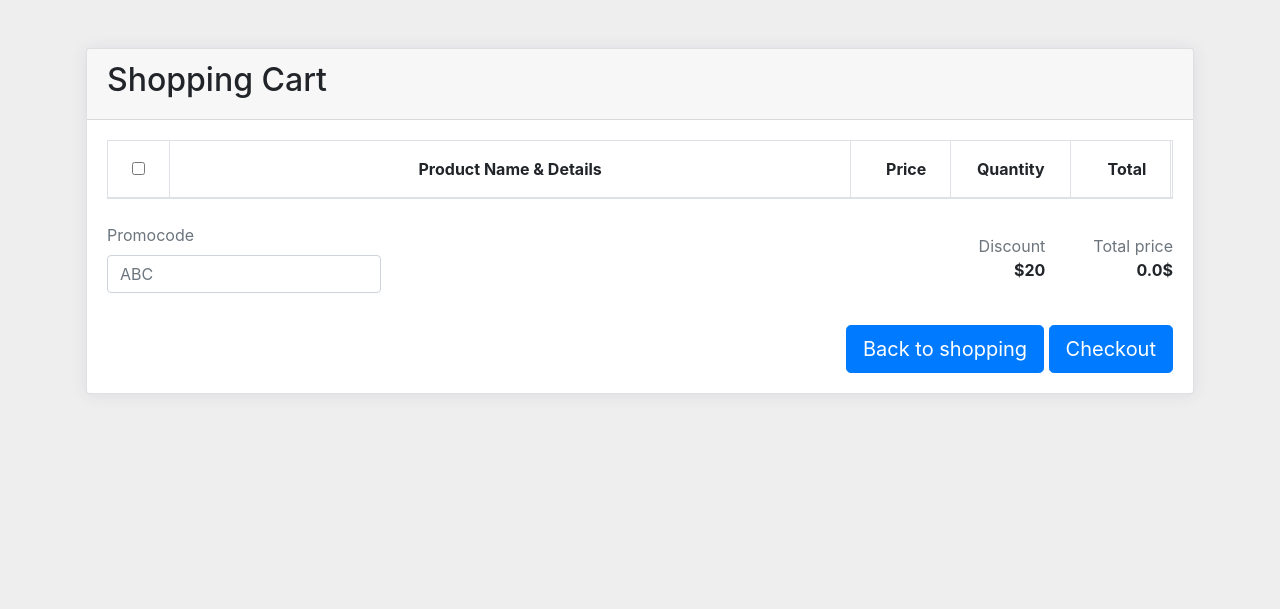
Repository: Szers222/MyProject
Page: http://localhost/MyProject/cart.jsp
An editor plug-in stored every save of this project. The page is shown before and after the next save, followed by the edit.
The browser window is 1280 px wide. The pictures show the whole page.
Some web libraries are served in a nearby version. The page is served by Tomcat 10. The template is opened directly, without the code that normally fills it, so the values that code supplies are empty.

Above is the page before, as saved 2023-12-13 11:06:48.

After the next save:
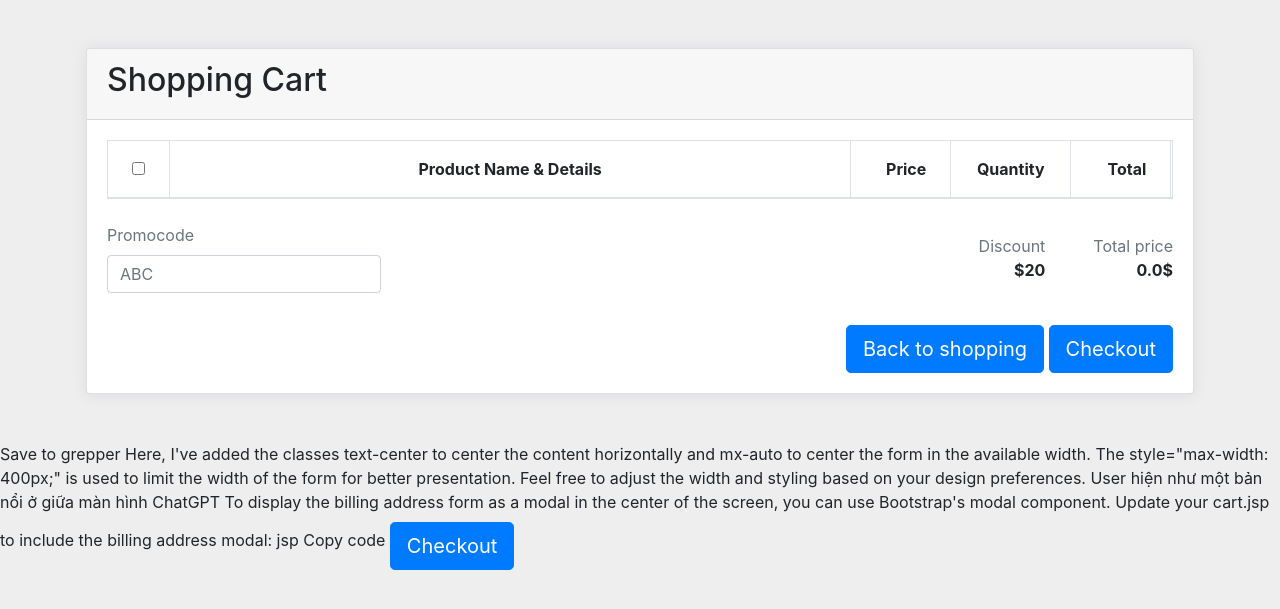
Saved 2 min 45 s later.
--- a/MyProject/src/main/webapp/cart.jsp
+++ b/MyProject/src/main/webapp/cart.jsp
@@ -283,9 +283,10 @@ body {
 			</div>
 		</div>
 	</div>
-	<div id="billingAddress" style="display: none;">
+	<!-- Add the billing address section -->
+<div id="billingAddress" style="display: none;" class="text-center">
     <h4>Billing Address</h4>
-    <form action="CheckoutServlet" method="post">
+    <form action="CheckoutServlet" method="post" class="mx-auto" style="max-width: 400px;">
         <!-- Add billing address form fields here -->
         <div class="form-group">
             <label for="firstName">First Name:</label>
@@ -305,6 +306,60 @@ body {
         <button type="submit" class="btn btn-primary">Confirm Billing Address</button>
     </form>
 </div>
+Save to grepper
+Here, I've added the classes text-center to center the content horizontally and mx-auto to center the form in the available width. The style="max-width: 400px;" is used to limit the width of the form for better presentation.
+
+Feel free to adjust the width and styling based on your design preferences.
+
+
+
+
+User
+hiện như một bản nổi ở giữa màn hình
+ChatGPT
+To display the billing address form as a modal in the center of the screen, you can use Bootstrap's modal component. Update your cart.jsp to include the billing address modal:
+
+jsp
+Copy code
+<!-- Add the billing address modal -->
+<div class="modal" id="billingAddressModal" tabindex="-1" role="dialog">
+    <div class="modal-dialog" role="document">
+        <div class="modal-content">
+            <div class="modal-header">
+                <h5 class="modal-title">Billing Address</h5>
+                <button type="button" class="close" data-dismiss="modal" aria-label="Close">
+                    <span aria-hidden="true">&times;</span>
+                </button>
+            </div>
+            <div class="modal-body">
+                <form action="CheckoutServlet" method="post">
+                    <!-- Add billing address form fields here -->
+                    <div class="form-group">
+                        <label for="firstName">First Name:</label>
+                        <input type="text" class="form-control" id="firstName" name="firstName" required>
+                    </div>
+                    <div class="form-group">
+                        <label for="lastName">Last Name:</label>
+                        <input type="text" class="form-control" id="lastName" name="lastName" required>
+                    </div>
+                    <div class="form-group">
+                        <label for="address">Address:</label>
+                        <input type="text" class="form-control" id="address" name="address" required>
+                    </div>
+                    <!-- Add other billing address fields as needed -->
+
+                    <!-- Submit button for billing address form -->
+                    <button type="submit" class="btn btn-primary">Confirm Billing Address</button>
+                </form>
+            </div>
+        </div>
+    </div>
+</div>
+
+<!-- Add a button to trigger the billing address modal -->
+<button type="button" class="btn btn-lg btn-primary mt-2" data-toggle="modal" data-target="#billingAddressModal">
+    Checkout
+</button>
 	<script src="https://code.jquery.com/jquery-3.2.1.min.js"></script>
 	<script>
     function showBillingAddress() {
